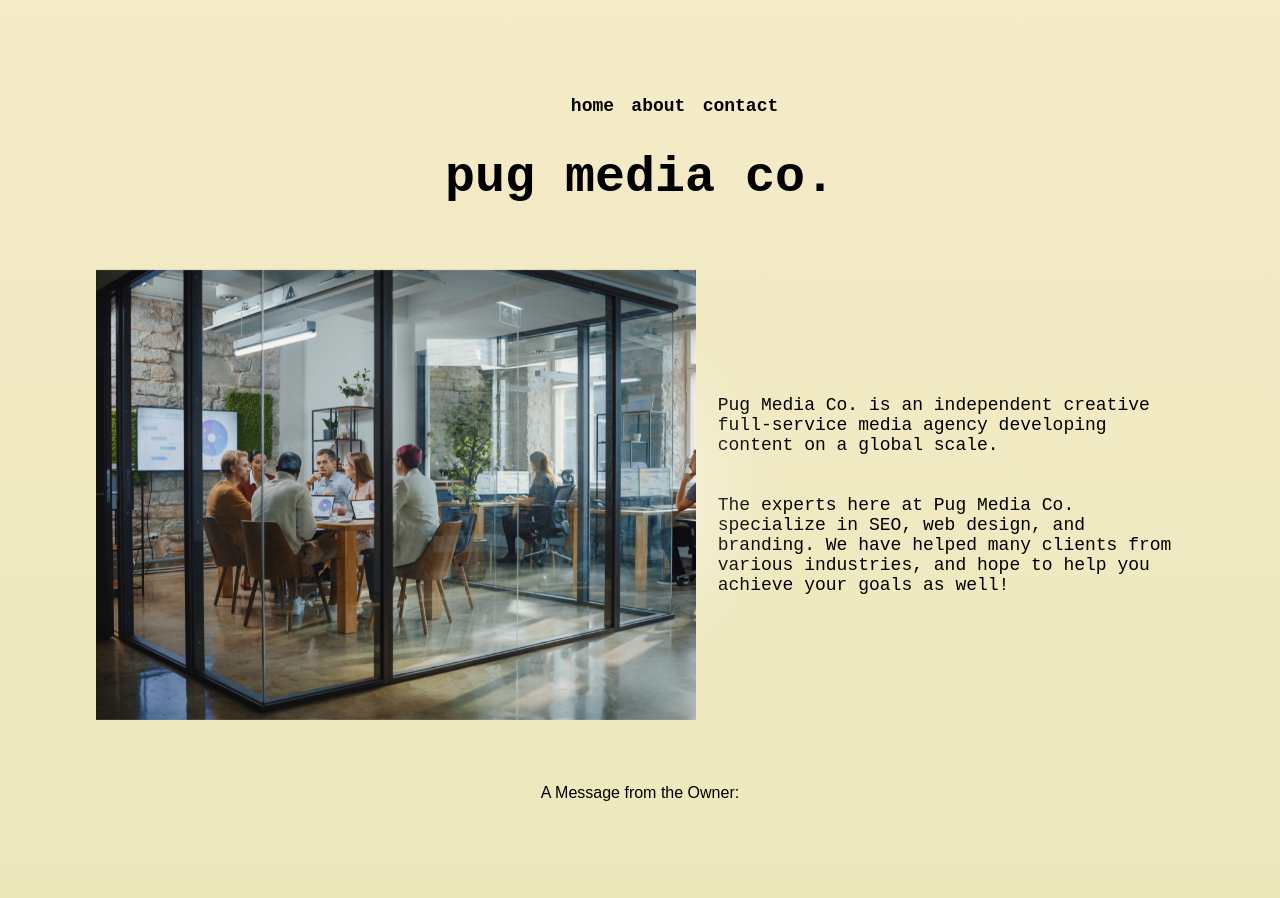
Repository: cheungglenda/MDIA2109-Week3
Page: /
The author's editor kept a copy of each file at every save. The page is drawn from the files as they stood at one save, then again after the next save.
The browser window is 1280 px wide. The pictures show the whole page.
The project was rebuilt for these pictures with package versions that can differ from the ones it lists, and the page was loaded fresh each time. The framework's server and built-in components were replaced by stand-ins that run in the browser. Also part of the build but not shown: next.config.js, components/Card/index.js.

Above is the page before, as saved 2023-01-20 18:59:57.

### pages/index.js
import Head from 'next/head'
import Image from 'next/image'
import { Inter } from '@next/font/google'
import styles from '@/styles/Home.module.css'
import data from '../data/education.json'
import { useState } from 'react'
import Card from '../components/Card'
import Link from 'next/link'

const inter = Inter({ subsets: ['latin'] })

export default function Home() {

  /** ([...data]) enters the data in the useState and is calling that info. the useState has all the data from the education.json file */
  const [information, setInformation] = useState([...data])
  console.log(data);

  return (
    <>
      <Head>
        <title>Pug Media Co.</title>
        <meta name="description" content="Full-service digital marketing agency" />
        <meta name="viewport" content="width=device-width, initial-scale=1" />
        <link rel="icon" href="/favicon.ico" />
      </Head>
      <main className={styles.main}>
        <div className={styles.buttons}>
      <Link href="/" className={styles.links}>Home</Link>
      <Link href="../about" className={styles.links}>About</Link>
      <Link href="/" className={styles.links}>Contact</Link>
        </div>

        <div className={styles.meetTitle}>Pug Media Co.</div>
        <div className={styles.center}>
          <Image
            className={styles.logo}
            src="/office.jpeg"
            width={600}
            height={450}
          />
          <div className={styles.homeDesc}>
            Pug Media Co. is an independent creative full-service media agency developing content on a global scale.<br></br><br></br><br></br> The experts here at Pug Media Co. specialize in SEO, web design, and branding. We have helped many clients from various industries, and hope to help you achieve your goals as well!
          </div>
        </div>


        <div className={styles.grid}>
          <div>A Message from the Owner:</div>

        </div>
      </main>
    </>
  )
}

/** .toLowerCase() is input when you don't want to worry about case sensitivity */

### styles/Home.module.css
.main {
  display: flex;
  flex-direction: column;
  justify-content: space-between;
  align-items: center;
  padding: 6rem;
  font-family:arial;
  min-height: 100vh;
  background-image: linear-gradient(rgb(245, 235, 200), rgb(236, 232, 188));

}

.buttons {
  display: flex;
  flex-direction:row;
  justify-content: space-evenly;
  margin-bottom:3%;
}

.links:hover {
  text-decoration:underline;
}

.links {
  font-size: 18px;
  max-width: var(--max-width);
  width: 100%;
  font-weight:900;
  font-family: 'Courier New', Courier, monospace;
  text-transform:lowercase;
  padding-left:10%;
}

.description {
  display: inherit;
  justify-content: inherit;
  align-items: inherit;
  font-size: 15px;
  max-width: var(--max-width);
  width: 100%;
  font-family: var(--font-mono);
}

.homeDesc {
  font-size: 18px;
  font-family:'Courier New', Courier, monospace;
  margin-left:2%;
}

.description a {
  display: flex;
  justify-content: center;
  align-items: center;
  gap: 0.5rem;
}

.description p {
  position: relative;
  margin: 0;
  padding: 1rem;
  background-color: rgba(var(--callout-rgb), 0.5);
  border: 1px solid rgba(var(--callout-border-rgb), 0.3);
  border-radius: var(--border-radius);
}

.code {
  font-weight: 700;
  font-family: var(--font-mono);
}

.meetTitle {
  font-size: 50px;
  font-weight:700;
  text-transform:lowercase;
  font-family:'Courier New', Courier, monospace;
  text-align:center;
}

.grid {
  display: flex;
  justify-content:center;
  width: var(--max-width);
  max-width: 100%;
  align-items:center;
  flex: 1;
}

.card {
  padding: 1rem 1.2rem;
  border-radius: var(--border-radius);
  background: rgba(var(--card-rgb), 0);
  border: 1px solid rgba(var(--card-border-rgb), 0);
  transition: background 200ms, border 200ms;
}

.card span {
  display: inline-block;
  transition: transform 200ms;
}

.info {
  font-family:Arial, Helvetica, sans-serif;
}

.card h2 {
  font-weight: 600;
  margin-bottom: 0.7rem;
}

.card p {
  margin: 0;
  opacity: 0.6;
  font-size: 0.9rem;
  line-height: 1.5;
  max-width: 30ch;
}


.employees {
  display:flex;
  gap:20px;
  width: 80%;
  text-align:center;
  font-family:'Courier New', Courier, monospace;
}

.titleDesc {
  font-size:16px;
  margin-bottom:3%;
}

.center {
  display: flex;
  justify-content: center;
  align-items: center;
  position: relative;
  padding: 4rem 0;
}

.center::before {
  background: var(--secondary-glow);
  border-radius: 50%;
  width: 480px;
  height: 360px;
  margin-left: -400px;
}

.center::after {
  background: var(--primary-glow);
  width: 240px;
  height: 180px;
  z-index: -1;
}

.center::before,
.center::after {
  content: '';
  left: 50%;
  position: absolute;
  filter: blur(45px);
  transform: translateZ(0);
}

.logo,
.thirteen {
  position: relative;
  object-fit:cover;
}

.thirteen {
  display: flex;
  justify-content: center;
  align-items: center;
  width: 75px;
  height: 75px;
  padding: 25px 10px;
  margin-left: 16px;
  transform: translateZ(0);
  border-radius: var(--border-radius);
  overflow: hidden;
  box-shadow: 0px 2px 8px -1px #0000001a;
}

.thirteen::before,
.thirteen::after {
  content: '';
  position: absolute;
  z-index: -1;
}

/* Conic Gradient Animation */
.thirteen::before {
  animation: 6s rotate linear infinite;
  width: 200%;
  height: 200%;
  background: var(--tile-border);
}

/* Inner Square */
.thirteen::after {
  inset: 0;
  padding: 1px;
  border-radius: var(--border-radius);
  background: linear-gradient(
    to bottom right,
    rgba(var(--tile-start-rgb), 1),
    rgba(var(--tile-end-rgb), 1)
  );
  background-clip: content-box;
}

/* Enable hover only on non-touch devices */
@media (hover: hover) and (pointer: fine) {
  .card:hover {
    background: rgba(var(--card-rgb), 0.1);
    border: 1px solid rgba(var(--card-border-rgb), 0.15);
  }

  .card:hover span {
    transform: translateX(4px);
  }
}

@media (prefers-reduced-motion) {
  .thirteen::before {
    animation: none;
  }

  .card:hover span {
    transform: none;
  }
}

/* Mobile */
@media (max-width: 700px) {
  .content {
    padding: 4rem;
  }

  .grid {
    grid-template-columns: 1fr;
    margin-bottom: 120px;
    max-width: 320px;
    text-align: center;
  }

  .card {
    padding: 1rem 2.5rem;
  }

  .card h2 {
    margin-bottom: 0.5rem;
  }

  .center {
    padding: 8rem 0 6rem;
  }

  .center::before {
    transform: none;
    height: 300px;
  }

  .description {
    font-size: 0.8rem;
  }

  .description a {
    padding: 1rem;
  }

  .description p,
  .description div {
    display: flex;
    justify-content: center;
    position: fixed;
    width: 100%;
  }

  .description p {
    align-items: center;
    inset: 0 0 auto;
    padding: 2rem 1rem 1.4rem;
    border-radius: 0;
    border: none;
    border-bottom: 1px solid rgba(var(--callout-border-rgb), 0.25);
    background: linear-gradient(
      to bottom,
      rgba(var(--background-start-rgb), 1),
      rgba(var(--callout-rgb), 0.5)
    );
    background-clip: padding-box;
    backdrop-filter: blur(24px);
  }

  .description div {
    align-items: flex-end;
    pointer-events: none;
    inset: auto 0 0;
    padding: 2rem;
    height: 200px;
    background: linear-gradient(
      to bottom,
      transparent 0%,
      rgb(var(--background-end-rgb)) 40%
    );
    z-index: 1;
  }
}

/* Tablet and Smaller Desktop */
@media (min-width: 701px) and (max-width: 1120px) {
  .grid {
    grid-template-columns: repeat(2, 50%);
  }
}

@media (prefers-color-scheme: dark) {

  .main {
    background-image: linear-gradient(rgb(51, 65, 14), rgb(169, 169, 110));
  }

  .vercelLogo {
    filter: invert(1);
  }

  .meetTitle {
    color:white;
  }

  .titleDesc {
    color:white;
  }

  .links {
    color: white;
  }

  .employees {
    color: black;
  }
}

@keyframes rotate {
  from {
    transform: rotate(360deg);
  }
  to {
    transform: rotate(0deg);
  }
}

### data/education.json
[
        {
            "studentNumber": "A0004567",
            "firstName": "Person 1",
            "gpa": 3.8,
            "department": "Business",
            "degree": "Finance",
            "graduted": 2014
        },
        {
            "studentNumber": "A0001234",
            "firstName": "Person 2",
            "gpa": 3.5,
            "department": "Business",
            "degree": "Accounting",
            "graduted": 2010
        },
        {
            "studentNumber": "A0007890",
            "firstName": "Person 3",
            "gpa": 3.2,
            "department": "Computing",
            "degree": "Applied Software Development Certificate",
            "graduted": 2018
        },
        {
            "studentNumber": "A0007828",
            "firstName": "Person 4",
            "gpa": 3.9,
            "department": "Computing",
            "degree": "Computer Systems Diploma",
            "graduted": 2021
        },
        {
            "studentNumber": "A0003425",
            "firstName": "Person 5",
            "gpa": 3.2,
            "department": "Computing",
            "degree": "Applied Computer Information Systems Certificate",
            "graduted": 2021
        }
]

Loaded but not shown: pages/_app.js (common file); pages/_document.js (common file); pages/api/hello.js (common file); styles/globals.css (common file)

After the next save:
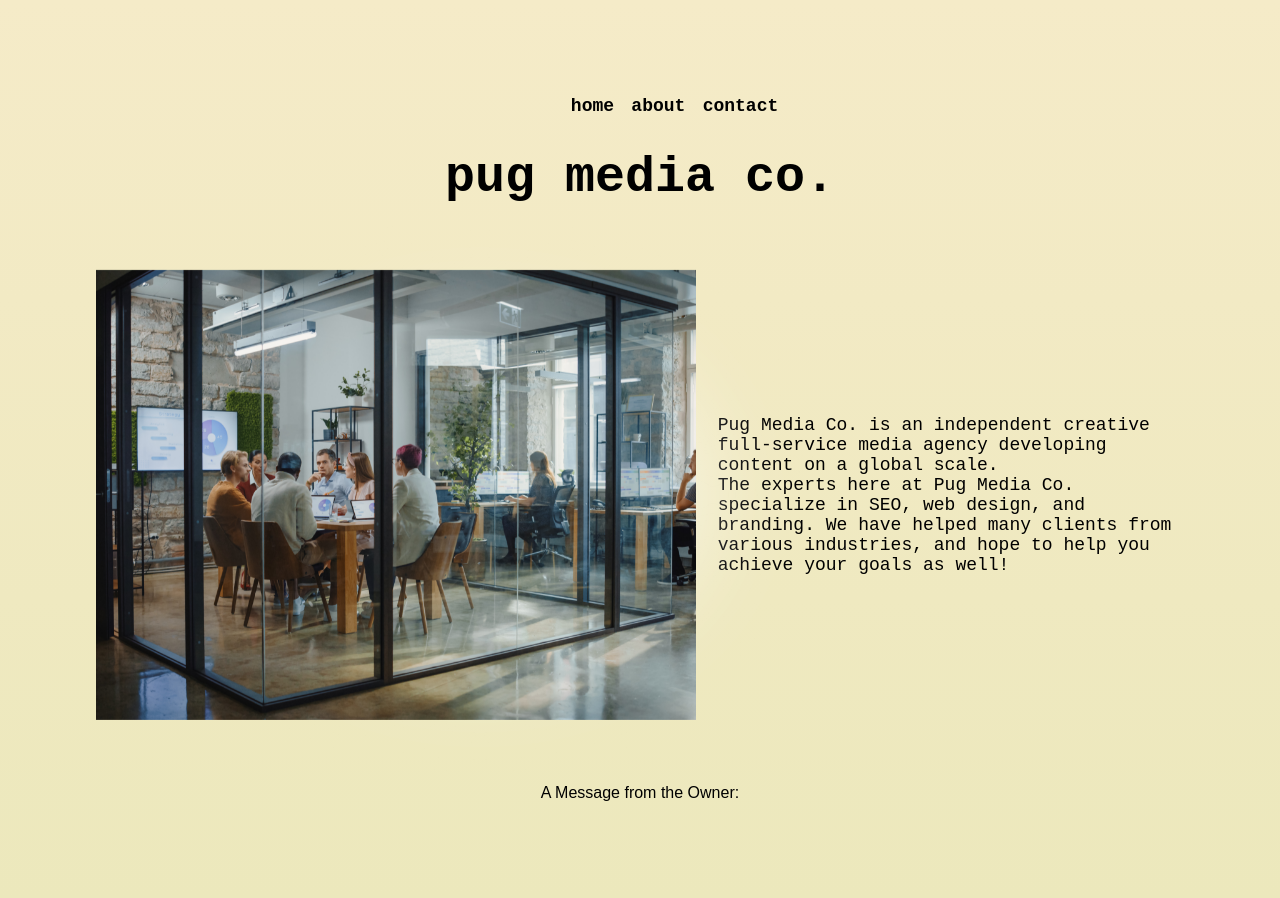
Saved 11 s later.
--- a/pages/index.js
+++ b/pages/index.js
@@ -39,7 +39,7 @@ export default function Home() {
             height={450}
           />
           <div className={styles.homeDesc}>
-            Pug Media Co. is an independent creative full-service media agency developing content on a global scale.<br></br><br></br><br></br> The experts here at Pug Media Co. specialize in SEO, web design, and branding. We have helped many clients from various industries, and hope to help you achieve your goals as well!
+            Pug Media Co. is an independent creative full-service media agency developing content on a global scale.<br></br> The experts here at Pug Media Co. specialize in SEO, web design, and branding. We have helped many clients from various industries, and hope to help you achieve your goals as well!
           </div>
         </div>
 
